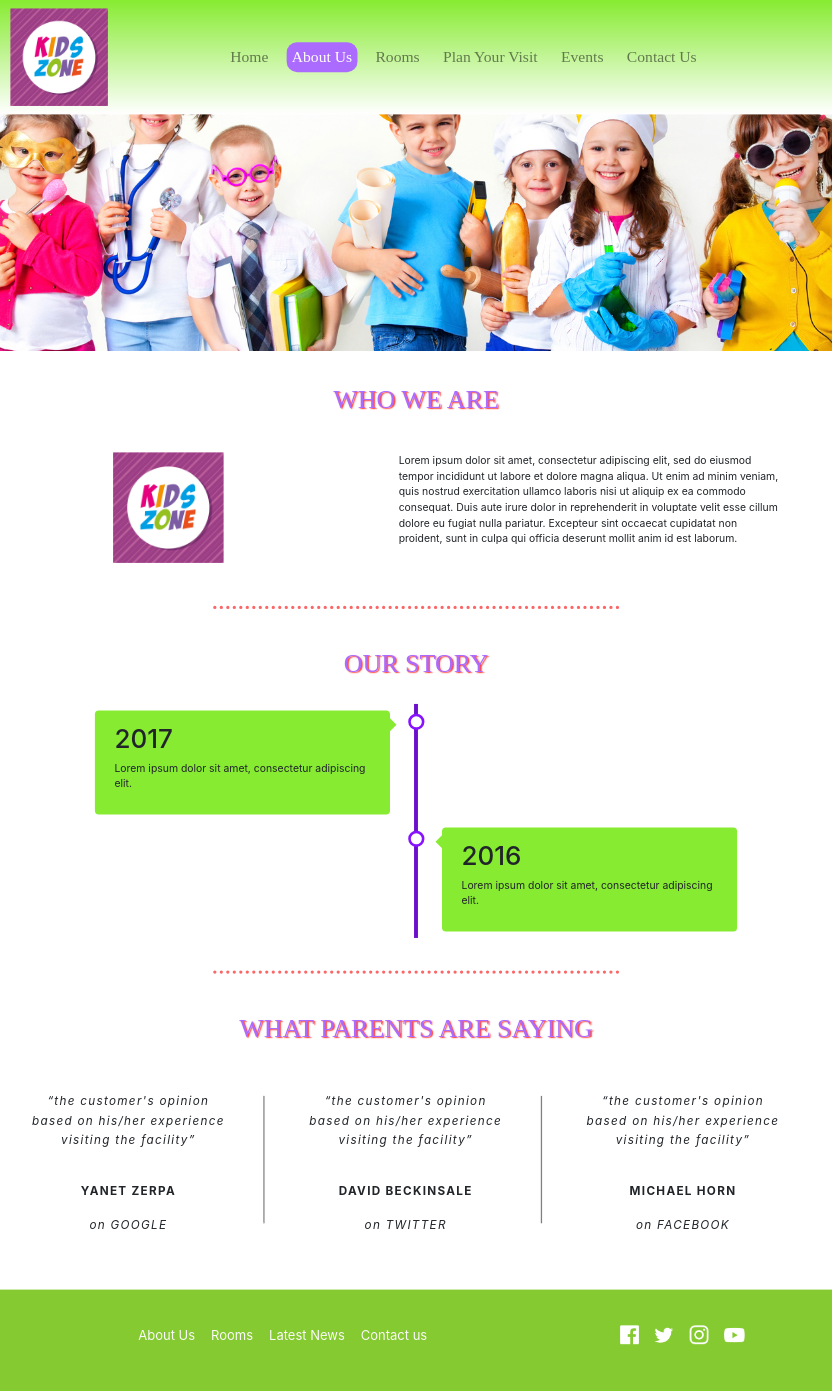
Repository: Code-Institute-Submissions/my-first-frontend-milestone-project
Page: about.html
The author's editor kept a record of every edit. The page is drawn from the files as they stood at one moment, then again after the next edit.
The browser window is 1280 px wide. The pictures show the whole page, at 65% of full size.
Some web fonts or font styles are not loaded; a fallback is used.

Above is the page before.

### about.html
<!DOCTYPE html>
<html lang="en">

<head>
    <meta charset="UTF-8">
    <meta name="viewport" content="width=device-width, initial-scale=1.0">
    <meta http-equiv="X-UA-Compatible" content="ie=edge">
    <script src="https://code.jquery.com/jquery-3.3.1.slim.min.js" integrity="sha384-q8i/X+965DzO0rT7abK41JStQIAqVgRVzpbzo5smXKp4YfRvH+8abtTE1Pi6jizo" crossorigin="anonymous"></script>
    <script src="https://cdnjs.cloudflare.com/ajax/libs/popper.js/1.14.7/umd/popper.min.js" integrity="sha384-UO2eT0CpHqdSJQ6hJty5KVphtPhzWj9WO1clHTMGa3JDZwrnQq4sF86dIHNDz0W1" crossorigin="anonymous"></script>
    <link rel="stylesheet" href="https://stackpath.bootstrapcdn.com/bootstrap/4.3.1/css/bootstrap.min.css" integrity="sha384-ggOyR0iXCbMQv3Xipma34MD+dH/1fQ784/j6cY/iJTQUOhcWr7x9JvoRxT2MZw1T" crossorigin="anonymous">
    <script src="https://stackpath.bootstrapcdn.com/bootstrap/4.3.1/js/bootstrap.min.js" integrity="sha384-JjSmVgyd0p3pXB1rRibZUAYoIIy6OrQ6VrjIEaFf/nJGzIxFDsf4x0xIM+B07jRM" crossorigin="anonymous"></script>
    <link rel="stylesheet" href="https://maxcdn.bootstrapcdn.com/font-awesome/4.7.0/css/font-awesome.min.css" type="text/css" />
    <link rel="stylesheet" href="css/style.css">
    <title>KiddosSpot</title>
</head>

<body>
    <header>
        <!-- Used Bootstrap's code for basic nav. -->
        <nav class="navbar fixed-top navbar-light
         navbar-expand-lg  navbar-fixed-top navstyle">
            <a class="navbar-brand" href="index.html">
           <img src="./images/logo.jpg" width="150" height="150" alt="Kids Spot Logo">
          </a>
            <button class="navbar-toggler" type="button" data-toggle="collapse" data-target="#navbarSupportedContent" aria-controls="navbarSupportedContent" aria-expanded="false" aria-label="Toggle navigation">
              <span class="navbar-toggler-icon"></span>
          </button>
            <div class="collapse navbar-collapse" id="navbarSupportedContent">
                <ul class="nav navbar-nav mr-auto" style=" margin: 0 auto;">
                    <li class="nav-item">
                        <a class="nav-link" href="index.html">Home <span class="sr-only">(current)</span></a>
                    </li>
                    <li class="nav-item active2">
                        <a class="nav-link about-menu" href="about.html">About Us</a>
                    </li>
                    <li class="nav-item">
                        <a class="nav-link" href="rooms.html">Rooms</a>
                    </li>
                    <li class="nav-item">
                        <a class="nav-link" href="planyourvisit.html">Plan Your Visit</a>
                    </li>
                    <li class="nav-item">
                        <a class="nav-link" href="events.html">Events</a>
                    </li>
                    <li class="nav-item">
                        <a class="nav-link" href="contact.html">Contact Us</a>
                    </li>
            </div>
        </nav>
    </header>

    <section>
        <!-- Bootstrap grid approach for columns -->
        <div class="container-fluid">
            <div class="row">
                <div class="col-12 banner-about-us"></div>
            </div>
            <div class="row">
                <div class="col-12 subtitle-about uppercase">
                    <h2>Who we are</h2>
                </div>
            </div>
            <div class="row">
                <div class="col-md-5 about-image">
                    <p><img src="./images/logo.jpg" alt="Logo" style="width:170px;height:170px;margin-right:15px;">
                    </p>
                </div>
                <div class="col-md-7 about-text">
                    <p>Lorem ipsum dolor sit amet, consectetur adipiscing elit, sed do eiusmod tempor incididunt ut labore et dolore magna aliqua. Ut enim ad minim veniam, quis nostrud exercitation ullamco laboris nisi ut aliquip ex ea commodo consequat.
                        Duis aute irure dolor in reprehenderit in voluptate velit esse cillum dolore eu fugiat nulla pariatur. Excepteur sint occaecat cupidatat non proident, sunt in culpa qui officia deserunt mollit anim id est laborum.</p>
                </div>
            </div>
            <div class="row">
                <div class="col-md">
                    <div class="dotted-separator">
                    </div>
                    <h2 class="subtitle-about uppercase">Our Story</h2>
                </div>
            </div>
              <!-- Timeline code extracted from W3 Schools -->
            <div class="timeline">
                <div class="container-2 left">
                    <div class="content">
                        <h2>2017</h2>
                        <p>Lorem ipsum dolor sit amet, consectetur adipiscing elit.</p>
                    </div>
                </div>
                <div class="container-2 right">
                    <div class="content">
                        <h2>2016</h2>
                        <p>Lorem ipsum dolor sit amet, consectetur adipiscing elit.</p>
                    </div>
                </div>
            </div>
            <!-- what are people saying? -->
            <div class="row">
                <div class="col-sm-12">
                    <div class="dotted-separator">
                    </div>
                    <h2 class="subtitle-about uppercase">What Parents are Saying</h2>
                </div>
            </div>
            <div class="row">
                <div class="col-md-4">
                    <div class="quote">
                        <blockquote class="customer-review">
                            <q>the customer's opinion based on his/her experience visiting the facility</q>
                        </blockquote>
                        <div class="review-author">
                            <strong>Yanet Zerpa</strong>
                        </div>
                        <div class="review-author">
                            <p><em style="text-transform:lowercase;">on  </em><cite title="Google">Google</cite></p>
                        </div>
                    </div>
                    <div class="border"></div>
                </div>
                <div class="col-md-4">
                    <div class="quote">
                        <blockquote class="customer-review">
                            <q>the customer's opinion based on his/her experience visiting the facility</q>
                        </blockquote>
                        <div class="review-author">
                            <strong>David Beckinsale</strong>
                        </div>
                        <div class="review-author">
                            <p><em style="text-transform:lowercase;">on </em><cite title="Twitter">Twitter</cite></p>
                        </div>
                    </div>
                    <div class="border"></div>
                </div>
                <div class="col-md-4">
                    <div class="quote">
                        <blockquote class="customer-review">
                            <q>the customer's opinion based on his/her experience visiting the facility</q>
                        </blockquote>
                        <div class="review-author">
                            <strong>Michael Horn</strong>
                        </div>
                        <div class="review-author">
                            <p><em style="text-transform:lowercase;">on </em><cite title="Facebook">Facebook</cite></p>
                        </div>
                    </div>
                </div>
            </div>
        </div>
        <!-- container fluid -->
    </section>
    <footer class="container-fluid">
        <div id="footer-details" class="row">
            <div class="col-sm-8">
                <nav id="menu-widget-2">
                    <ul>
                        <li>
                            <a href="about.html">About Us</a></li>
                        <li>
                            <a href="rooms.html">Rooms</a></li>
                        <li>
                            <a href="news.html">Latest News</a></li>
                        <li>
                            <a href="contact.html">Contact us</a></li>
                    </ul>
                </nav>
            </div>
            <div id="social-media" class="col-sm-4">
                <a href="#" target="_blank">
                        <img src="./images/facebook.png">
                </a>
                <a href="#" target="_blank">
                        <img src="./images/twitter.png">
                </a>
                <a href="#" target="_blank">
                        <img src="./images/instagram.png">
                </a>
                <a href="#" target="_blank">
                        <img src="./images/youtube.png">
                </a>
            </div>
        </div>
    </footer>
</body>


</html>

Loaded but not shown: css/style.css (817 lines, source omitted)

After the next edit:
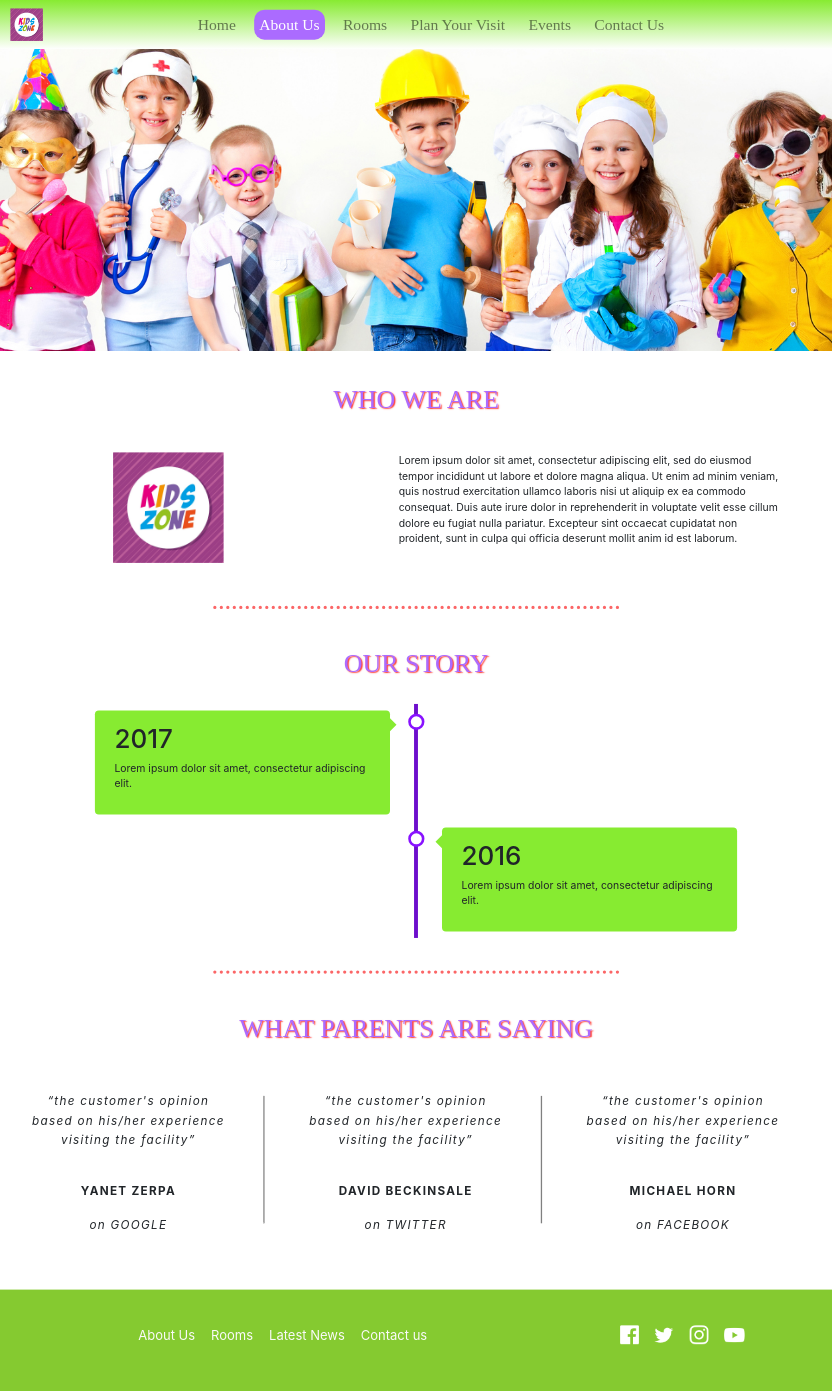
The edit:
--- a/about.html
+++ b/about.html
@@ -20,7 +20,7 @@
         <nav class="navbar fixed-top navbar-light
          navbar-expand-lg  navbar-fixed-top navstyle">
             <a class="navbar-brand" href="index.html">
-           <img src="./images/logo.jpg" width="150" height="150" alt="Kids Spot Logo">
+           <img src="./images/logo.jpg" width="50" height="50" alt="Kids Spot Logo">
           </a>
             <button class="navbar-toggler" type="button" data-toggle="collapse" data-target="#navbarSupportedContent" aria-controls="navbarSupportedContent" aria-expanded="false" aria-label="Toggle navigation">
               <span class="navbar-toggler-icon"></span>
